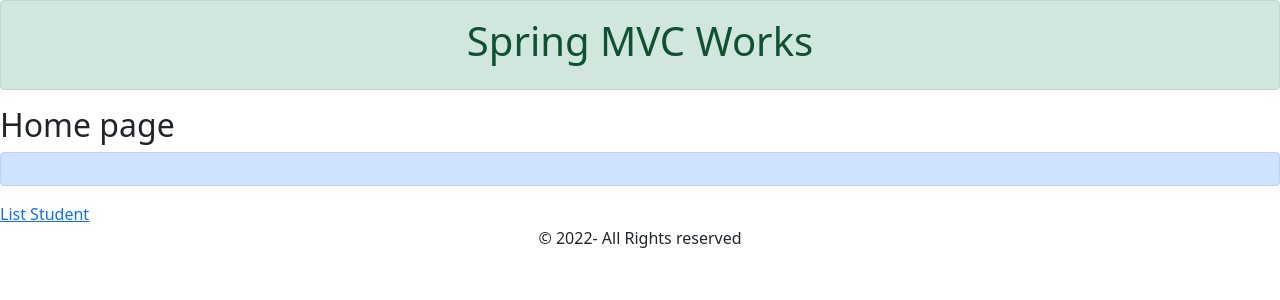
Repository: techpreet/gurwork
Page: http://localhost/student-app/
An editor plug-in stored every save of this project. The page is shown before and after the next save, followed by the edit.
The browser window is 1280 px wide. The pictures show the whole page.
The page is served by Tomcat 9. Other server files are loaded and not shown.

Above is the page before, as saved 2022-02-15 12:11:58.

### workspace/student-app/src/main/webapp/WEB-INF/pages/home.jsp
<%@ include file="./header.jspf" %>
	<h2 style="align:center">Home page</h2>

	<div class="alert alert-primary">
		${MSG }
	</div>

	<a href="all-student">List Student</a>


<%@ include file="./footer.jspf" %>

### workspace/student-app/src/main/webapp/WEB-INF/pages/header.jspf
<%@ page language="java" contentType="text/html; charset=UTF-8"
    pageEncoding="UTF-8"%>
<%@ taglib uri="http://java.sun.com/jsp/jstl/core" prefix="nav" %>
<!DOCTYPE html>
<html>
<head>
<meta charset="UTF-8">
<title>Show all Questions</title>
<link rel="stylesheet" href="./css/bootstrap.css" type="text/css">
</head>
<body>
	<div class="alert alert-success">
		<div class="container">
			<h1 style="text-align:center">Spring MVC Works</h1>
		</div>
	</div>

### workspace/student-app/src/main/webapp/WEB-INF/pages/footer.jspf




	<div>
		<div class="container text-center">&copy; 2022- All Rights reserved</div>
	</div>

</body>
</html>

Loaded but not shown: workspace/student-app/src/main/webapp/css/bootstrap.css (library)

After the next save:
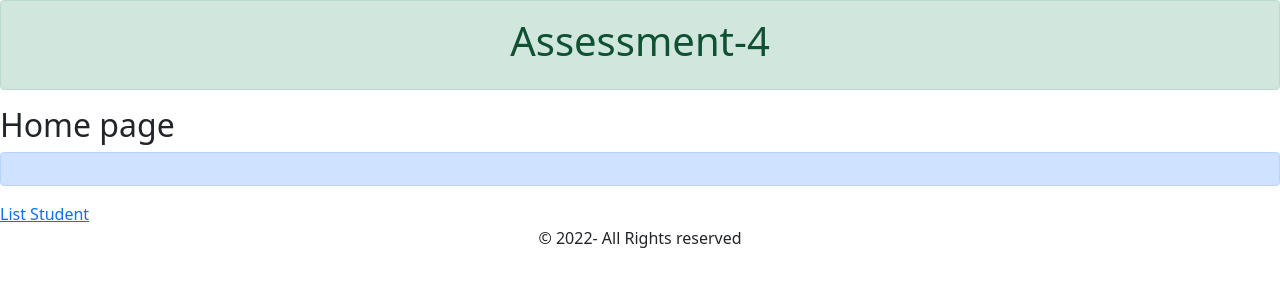
Saved 2 min 54 s later.
--- a/workspace/student-app/src/main/webapp/WEB-INF/pages/header.jspf
+++ b/workspace/student-app/src/main/webapp/WEB-INF/pages/header.jspf
@@ -5,12 +5,12 @@
 <html>
 <head>
 <meta charset="UTF-8">
-<title>Show all Questions</title>
+<title>Show all students</title>
 <link rel="stylesheet" href="./css/bootstrap.css" type="text/css">
 </head>
 <body>
 	<div class="alert alert-success">
 		<div class="container">
-			<h1 style="text-align:center">Spring MVC Works</h1>
+			<h1 style="text-align:center">Assessment-4</h1>
 		</div>
 	</div>
